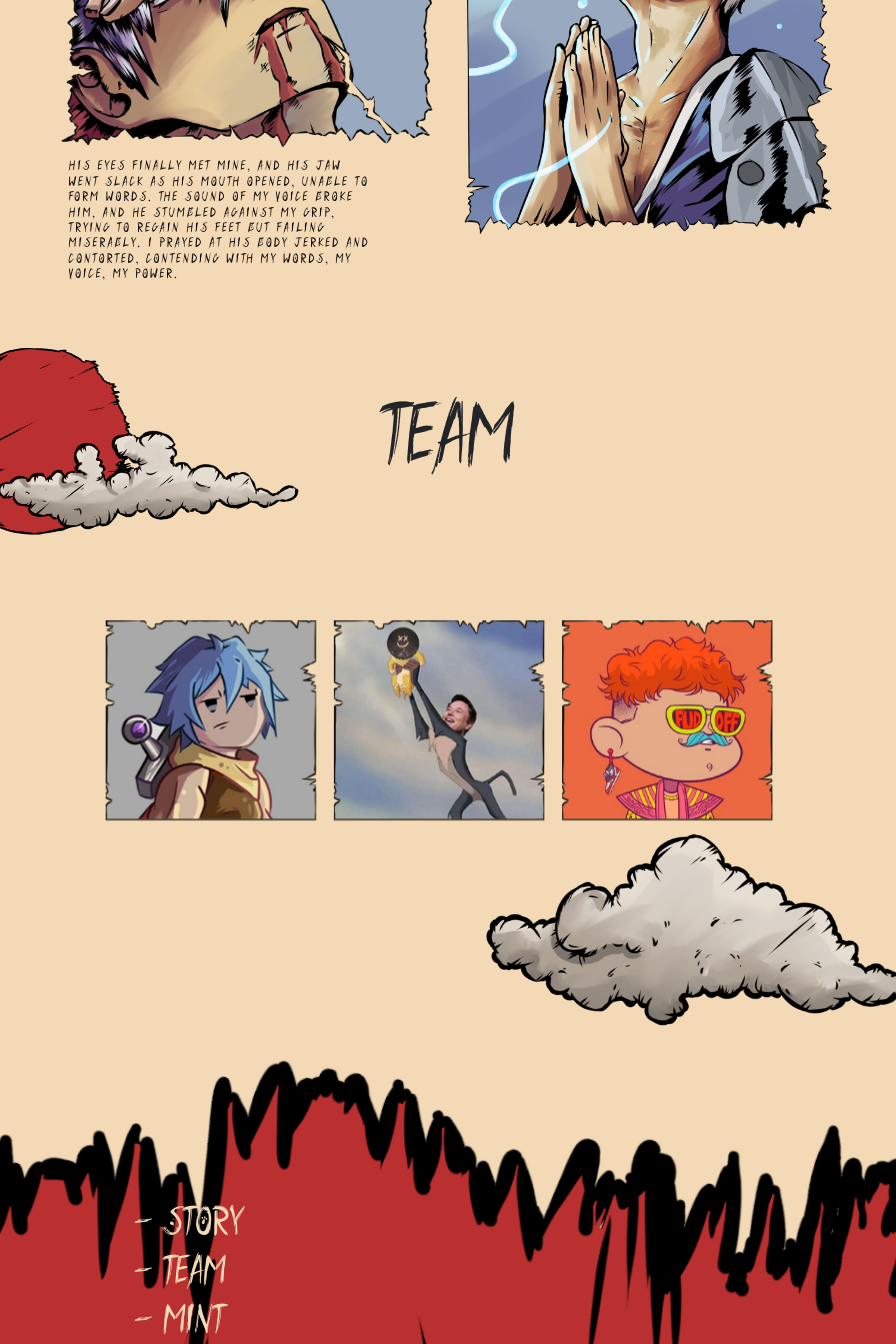
Repository: abzStudio/Kabuto-Web-notCompeleted
Page: index.html
An editor plug-in stored every save of this project. The page is shown before and after the next save, followed by the edit.
The browser window is 1280 px wide. The pictures show the part of the page from y = 2686 to 4606 px (the page is 4829 px tall before and 4851 px after), at 70% of full size.
Some web libraries are served in a nearby version.

Above is the page before, as saved 2023-03-16 03:05:32.

### index.html
<!doctype html>
<html lang="en">
  <head>
    <meta charset="utf-8">
    <meta name="viewport" content="width=device-width, initial-scale=1">
    <title>kabuto</title>
    <link rel="icon" type="image/x-icon" href="asset/images/favicon.ico">
    <link rel="stylesheet" href="asset/style.css">
    <link href="https://cdn.jsdelivr.net/npm/bootstrap@5.2.3/dist/css/bootstrap.min.css" rel="stylesheet" integrity="sha384-rbsA2VBKQhggwzxH7pPCaAqO46MgnOM80zW1RWuH61DGLwZJEdK2Kadq2F9CUG65" crossorigin="anonymous">
  <meta http-equiv="Content-Security-Policy" content="block-all-mixed-content">
  </head>

  <body><script src="https://code.jquery.com/jquery-1.10.1.min.js"></script>

    <script src="https://cdn.jsdelivr.net/npm/bootstrap@5.2.3/dist/js/bootstrap.bundle.min.js" integrity="sha384-kenU1KFdBIe4zVF0s0G1M5b4hcpxyD9F7jL+jjXkk+Q2h455rYXK/7HAuoJl+0I4" crossorigin="anonymous"></script>
<!-- New Nav Bar -->
<button class="toggle-overlay menu-btn"></button>
<aside>
    <div class="outer-close toggle-overlay">
      <a class="close"><span></span></a>
    </div>

    <nav>
        <div id="pot">  <img src="asset/images/heroimage.png" class="menu_img fade-lefts" alt="cloud"></div>
        <div class="social_icons">
            <ul class="icons_ul">
               <li><a href= ""><img href= "" src="asset/images/icons/discord.png" class="iconset" alt="icon"></a></li>
              <li><a href= "https://twitter.com/KabutoNFT"><img src="asset/images/icons/twitter.png" class="iconset" alt="icon"></a></li>
          <!--
                <li><img href= "" src="asset/images/icons/opensea.png" class="iconset" alt="icon"></li>
                <li><img href= "" src="asset/images/icons/blur.png" class="iconset" alt="icon"></li>
                <li><img href= "" src="asset/images/icons/discord.png" class="iconset" alt="icon"></li>
                <li><img href= "" src="asset/images/icons/looks.png" class="iconset" alt="icon"></li>
                <li><img href= "" src="asset/images/icons/first.png" class="iconset" alt="icon"></li>
                <li><img href= "" src="asset/images/icons/twitter.png" class="iconset" alt="icon"></li>
                <li><img href= "" src="asset/images/icons/web.png" class="iconset" alt="icon"></li>
                <li><img href= "" src="asset/images/icons/x2y2.png" class="iconset" alt="icon"></li>
                <li><img href= "" src="asset/images/icons/etherscan.png" class="iconset" alt="icon"></li>   -->
            </ul>
        </div>
        <ul class="pointshead">
            <li><a class="js-anchor-link down" href="#story_section">- Story</a></li>
            <li><a class="js-anchor-link down" href="#team_section">- Team</a></li>
            <li><a class="js-anchor-link down" href="#">- Mint</a></li>
            <li><a class="js-anchor-link down" href="#footer_section">- Useful Links</a></li>
      </ul>
    </nav>
  </aside>
<!-- end -->

    <section class="hero-section sec_ani">
    <div class="container-fluid reveal">
        <div class="row">
            <div class="col-md-12 hero_col">
                <!-- <button type="button" class="btn btn-infos btn_custom">Utility</button> -->
            </div>
        </div>
    </div>
</section>
<section id="story_section" class="section_story text-center sec_ani">
    <div class="container-fluid">
        <div class="row reveal fade-top">
            <div class="col-md-4 iamge_ad">
                <img src="asset/images/cloud.png" class="cloud_c" alt="cloud">
            </div>
            <div class="col-md-4 story_col end_col">
                <h1 class="">Story</h1>
            </div>
            <div class="col-md-4 iamge_ad">
                <img src="asset/images/tree.png" class="tree_c" alt="trees">
            </div>
            </div>
            </div>
            <div class="container container_stry">
            <div class="row row_story_end reveal fade-bottom adj_row ">
            <div class="col-md-6 story_img">
                <img src="asset/images/story_1.png" alt="Story one">
            </div>
            <div class="col-md-6 story_img">
                <img src="asset/images/story_2.png" class="story_two" alt="Story two">
              <div class="div_text">
                          <p class="text_p"> Looking down on him, I dont feel any remorse, its <br/>almost like I enjoyed the moment. Striking my <br/>blade through his chest. It felt awkwardly good...<br/> I guess it was the culmination of everything that <br/>
                        had happened. The culmination of my training, my <br/>efforts, my life.  He used to dream of being a king,<br/> but now he knows that was never his destiny.</p>
</div>
            </div>
        </div>
        <div class="row reveal fade-left" >
            <div class="col-md-12 story_img">
                <img src="asset/images/story_3.png" class="story_three" alt="Story three">
            </div>
            </div>
            <div class="row row_story_end reveal fade-right last_set">
                <div class="col-md-6 story_img">
                    <img src="asset/images/story_4.png" class="image_star" alt="Story four">
                    <div class="div_texts">
                        <p class="text_p">His eyes finally met mine, and his jaw went slack as his mouth opened, unable to form words. The sound of my voice broke him, and he stumbled against my grip, trying to regain his feet but failing miserably. I prayed at  his body jerked and contorted, contending with my words, my voice, my power.</p>
        </div>
                </div>
                <div class="col-md-6 story_img">
                    <img src="asset/images/story_5.png" alt="Story five">

                </div>
            </div>
    </div>
</section>
<section id="team_section" class="section_story text-center sec_ani">
    <div class="container-fluid reveal fade-bottom">
        <div class="row reveal fade-top">
            <div class="col-md-4 iamge_ad">
                <img src="asset/images/suncloud.png" class="cloud_c" alt="cloud">
            </div>
            <div class="col-md-4 story_col teamhead end_col">
                <h1 class="">Team</h1>
            </div>
            <div class="col-md-4 iamge_ad">
            </div>
            </div>
            <div class="row reveal fade-left">
              <div class="contan_images">
                <div class="box">
                  <div class="imgBx">
                    <img src="asset/images/Bileth.png">
                  </div>
                  <div class="content">
                    <div class="contentset">
                      <a href="https://twitter.com/bilethh" target="_blank" rel="noopener noreferrer">          <h2>Bileth</h2> </a>
                      <p>Founder</p>
                    </div>
                  </div>
                </div>
                <div class="box">
                  <div class="imgBx">
                    <img src="asset/images/Budguy.png">
                  </div>
                  <div class="content">
                    <div class="contentset">
                      <a href="https://twitter.com/TRomail" target="_blank" rel="noopener noreferrer">        <h2>Budguy</h2> </a>
                      <p>Co-Founder</p>
                    </div>
                  </div>
                </div>
                <div class="box">
               <div class="imgBx">
                 <img src="asset/images/smshayan.png">
                  </div>
                  <div class="content">
                    <div class="contentset">
                      <a href="https://twitter.com/smshayan_eth" target="_blank" rel="noopener noreferrer">   <h2>Smshayan</h2>  </a>
                      <p>Developer</p>
                    </p>
                    </div>
                  </div>
                </div>

              </div>
                </div>

            </div>



        </section>

      <section id="footer_section" class="section_story text-center sec_ani">
          <div class="container-fluid footer_head">
            <div class="row reveal">
              <div class="col-md-12 iamge_ad">
                  <img src="asset/images/cloudredbg.png" class="cloud_c" alt="cloud">
              </div>
            </div>
        </div>
        <div class="container-fluid footer_head section_footer">
              <div class="row">
                <div class="col-sm-12 col-md-12 col-lg-12">
                  <ul>
                    <li><a class="js-anchor-link" href="#story_section">- Story</a></li>
                    <li><a class="js-anchor-link" href="#team_section">- Team</a></li>
                    <li><a class="js-anchor-link" href="#">- Mint</a></li>
                    <li><a class="js-anchor-link" href="#">- Useful Links</a></li>
              </ul>
                </div>
              </div>
              <div class="row rowicon">
                <div class="col-sm-12 col-md-12 col-lg-12 fend">
                  <div class="social_icons iconmob">
                    <ul class="icons_ul">
                      <li><a href=""><img href= "" src="asset/images/icons/discord.png" class="iconset" alt="icon">
                     </a></li>
                      <li><a href="https://twitter.com/KabutoNFT"><img src="asset/images/icons/twitter.png" class="iconset" alt="icon">
                      </a></li>

                      <!--  <li><img href= "" src="asset/images/icons/opensea.png" class="iconset" alt="icon"></li>
                        <li><img href= "" src="asset/images/icons/blur.png" class="iconset" alt="icon"></li>
                        <li><img href= "" src="asset/images/icons/discord.png" class="iconset" alt="icon"></li>
                        <li><img href= "" src="asset/images/icons/looks.png" class="iconset" alt="icon"></li>
                        <li><img href= "" src="asset/images/icons/first.png" class="iconset" alt="icon"></li>
                        <li><img href= "" src="asset/images/icons/web.png" class="iconset" alt="icon"></li>
                        <li><img href= "" src="asset/images/icons/x2y2.png" class="iconset" alt="icon"></li>
                        <li><img href= "" src="asset/images/icons/etherscan.png" class="iconset" alt="icon"></li> -->
                    </ul>
                </div>

                </div>
              </div>

        </div>
      </section>
</body>

<div class="loader"> <h1>Loading...</h1></div>


<script>
 jQuery($ => {
  $(window).on('load', () => {
    setTimeout(() => {
      $('.loader').fadeOut('fast', function() {
        $(this).remove();
      });
    }, 3000);
  });
});
    function reveal() {
  var reveals = document.querySelectorAll(".reveal");

  for (var i = 0; i < reveals.length; i++) {
    var windowHeight = window.innerHeight;
    var elementTop = reveals[i].getBoundingClientRect().top;
    var elementVisible = 150;

    if (elementTop < windowHeight - elementVisible) {
      reveals[i].classList.add("active");
    } else {
      reveals[i].classList.remove("active");
    }
  }
}

window.addEventListener("scroll", reveal);
$('aside ul li a').on('click', function(){
    $("aside").hide();
    $("aside").removeClass("open");
     $("aside").addClass("open");

});
// $('.js-anchor-link').click(function(e){
//   e.preventDefault();

//   var target = $($(this).attr('href'));
//   if(target.length){
//     var scrollTo = target.offset().top;
//     $('body, html').animate({scrollTop: scrollTo+'px'}, 1000);
//   }
// });
$('.js-anchor-link').click(function(){
  var target = $($(this).attr('href'));
 if(target.length){
  var scrollTo = target.offset().top;
    $("html, body").animate({ scrollTop: scrollTo+'px' }, 3000);
    return false;
  }

});
window.addEventListener("scroll", reveal);
$(function() {
    $('.toggle-overlay').click(function() {
      $('aside').toggleClass('open');
    });
    $('aside nav li a').click(function() {
      $('aside').toggleClass('open');
    });
  });

</script>
</html>

Loaded but not shown: asset/style.css (803 lines, source omitted)

After the next save:
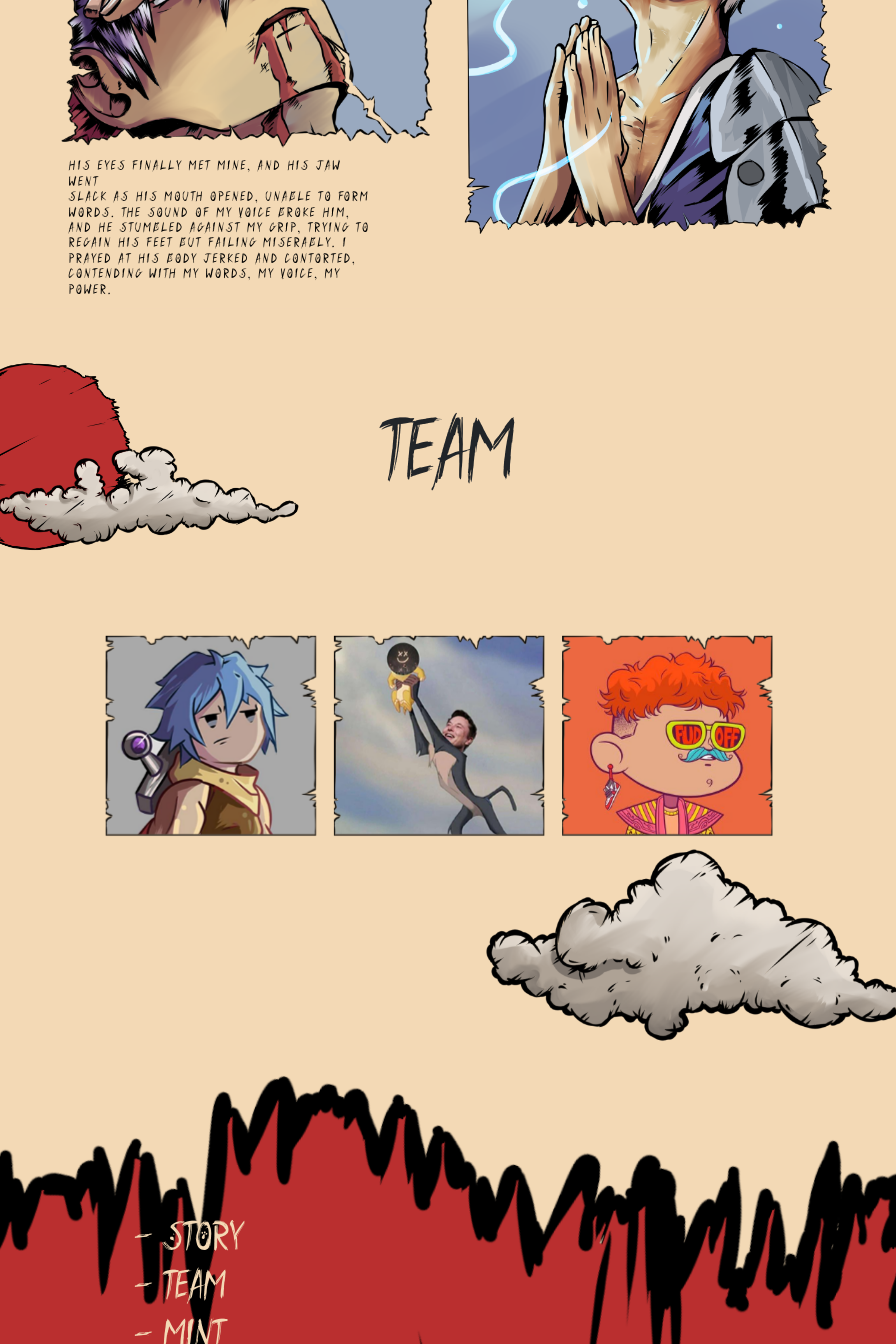
Saved 13 s later.
--- a/index.html
+++ b/index.html
@@ -93,7 +93,7 @@
                 <div class="col-md-6 story_img">
                     <img src="asset/images/story_4.png" class="image_star" alt="Story four">
                     <div class="div_texts">
-                        <p class="text_p">His eyes finally met mine, and his jaw went slack as his mouth opened, unable to form words. The sound of my voice broke him, and he stumbled against my grip, trying to regain his feet but failing miserably. I prayed at  his body jerked and contorted, contending with my words, my voice, my power.</p>
+                        <p class="text_p">His eyes finally met mine, and his jaw went <br/>slack as his mouth opened, unable to form words. The sound of my voice broke him, and he stumbled against my grip, trying to regain his feet but failing miserably. I prayed at  his body jerked and contorted, contending with my words, my voice, my power.</p>
         </div>
                 </div>
                 <div class="col-md-6 story_img">
